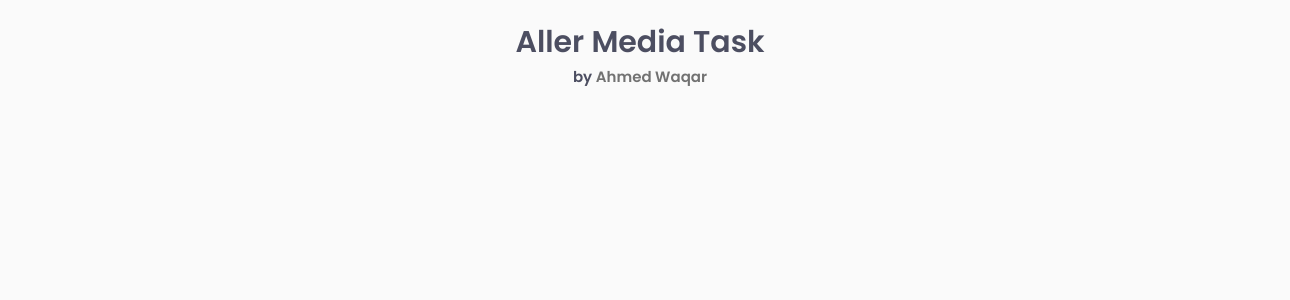
Repository: waqarmalyk/Back-to-front
Page: /
These files come from the project's save history. The page is drawn as it stood at one moment and after the next save; the edit follows.
The browser window is 1280 px wide. The page is 1290 px wide, so the pictures cover 1290 px, including what lies to the right of the window. The pictures show the whole page.
The page's requests for data from a server got no answer. The project was rebuilt for these pictures with package versions that can differ from the ones it lists, and the page was loaded fresh each time. No one was signed in, and anything a server would have sent is missing.

Above is the page before, as saved 2022-02-06 11:28:26.

After the next save:
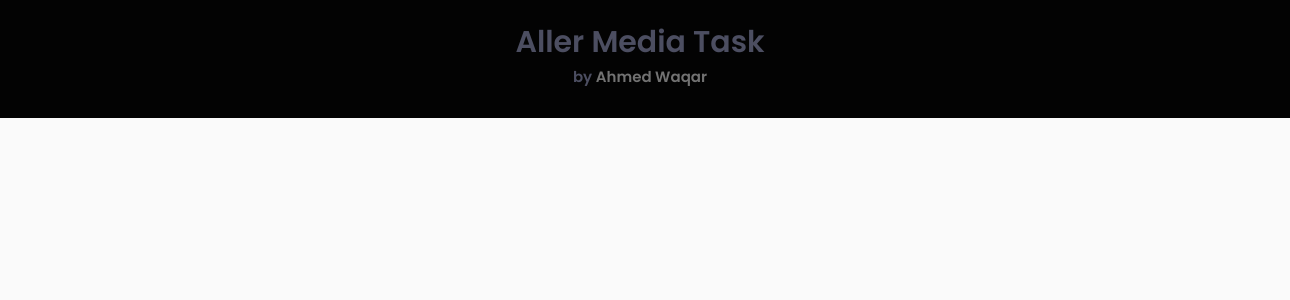
Saved 54 s later.
--- a/src/App.css
+++ b/src/App.css
@@ -1,6 +1,6 @@
 
 :root {
-  --red: hsl(0, 78%, 62%);
+  --black: hsl(0, 0%, 1%);
   --cyan: hsl(180, 62%, 55%);
   --orange: hsl(34, 97%, 64%);
   --blue: hsl(212, 86%, 64%);
@@ -25,7 +25,7 @@
 text-align: center;
 font-weight: var(--weight3);
 padding: 30px;
-background-color:var(--veryLightGray);
+background-color:var(--black);
 color: var(--varyDarkBlue);
 margin: -10px -10px
 }
